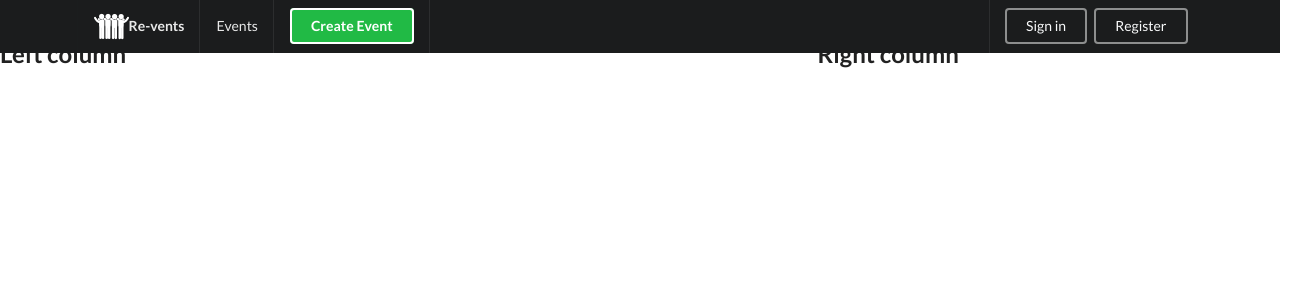
Repository: Preranabaruah/react-semantic-ui
Page: /
The author's editor kept a copy of each file at every save. The page is drawn from the files as they stood at one save, then again after the next save.
The browser window is 1280 px wide. The page is 1294 px wide, so the pictures cover 1294 px, including what lies to the right of the window. The pictures show the whole page.
The project was rebuilt for these pictures with package versions that can differ from the ones it lists, and the page was loaded fresh each time. Also part of the build but not shown: vite.config.ts.

Above is the page before, as saved 2023-09-08 13:31:46.

After the next save:
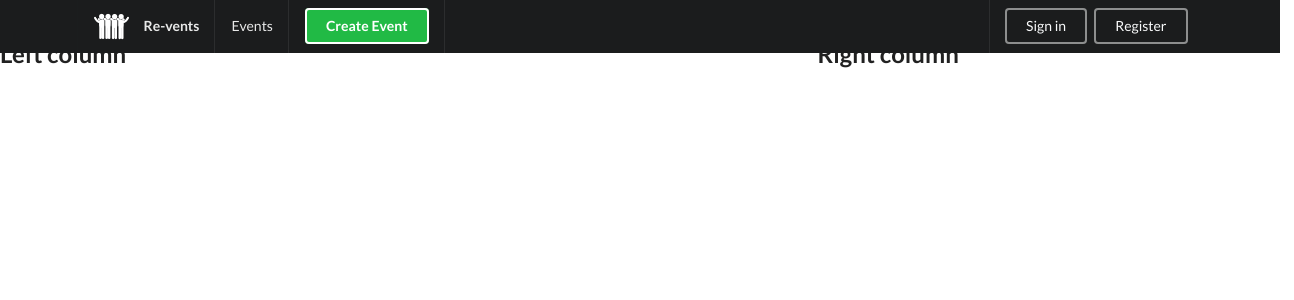
Saved 51 s later.
--- a/src/features/nav-bar/index.tsx
+++ b/src/features/nav-bar/index.tsx
@@ -6,7 +6,7 @@ const NavBar = () => {
       <Menu inverted fixed="top">
         <Container>
           <Menu.Item header>
-            <img src="/public/assets/logo.png" />
+            <img src="/public/assets/logo.png" style={{ marginRight: 15 }} />
             Re-vents
           </Menu.Item>
           <Menu.Item name="Events" />
